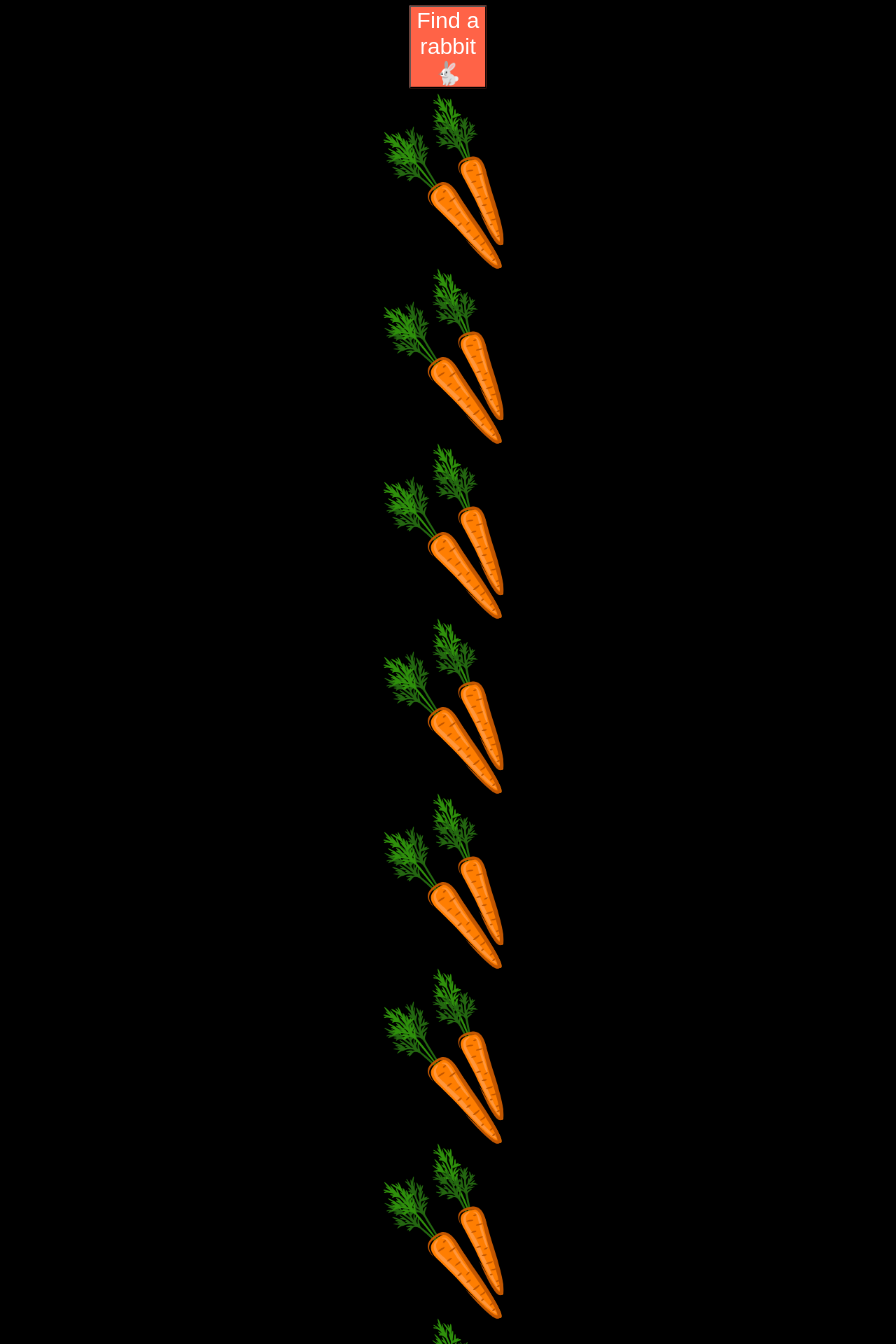
Repository: dhchun1203/browser-practice-works-
Page: rabbits/index.html
An editor plug-in stored every save of this project. The page is shown before and after a run of saves, followed by the edit.
The browser window is 1280 px wide. The pictures show the part of the page from y = 0 to 1920 px (the page is 8891 px tall before and 8915 px after), at 70% of full size.

Above is the page before, as saved 2021-01-04 12:47:04.

### rabbits/index.html
<!DOCTYPE html>
<html lang="en">
	<head>
		<meta charset="UTF-8" />
		<meta name="viewport" content="width=device-width, initial-scale=1.0" />
		<title>Scroll</title>
		<style>
			body {
				background-color: black;
				text-align: center;
			}
			button {
				width: 110px;
				margin-bottom: 8px;
				background-color: tomato;
				font-size: 32px;
				outline: none;
				color: white;
			}
			img {
				margin: auto;
				display: block;
			}
		</style>
	</head>
	<body>
		<button class="findBtn">Find a rabbit 🐇</button>
		<img src="img/carrot.png" alt="carrot" />
		<img src="img/carrot.png" alt="carrot" />
		<img src="img/carrot.png" alt="carrot" />
		<img src="img/carrot.png" alt="carrot" />
		<img src="img/carrot.png" alt="carrot" />
		<img src="img/carrot.png" alt="carrot" />
		<img src="img/carrot.png" alt="carrot" />
		<img src="img/carrot.png" alt="carrot" />
		<img src="img/carrot.png" alt="carrot" />
		<img src="img/carrot.png" alt="carrot" />
		<img src="img/carrot.png" alt="carrot" />
		<img src="img/carrot.png" alt="carrot" />
		<img src="img/carrot.png" alt="carrot" />
		<img src="img/carrot.png" alt="carrot" />
		<img src="img/carrot.png" alt="carrot" />
		<img src="img/carrot.png" alt="carrot" />
		<img src="img/carrot.png" alt="carrot" />
		<img src="img/carrot.png" alt="carrot" />
		<img src="img/carrot.png" alt="carrot" />
		<img src="img/carrot.png" alt="carrot" />
		<img src="img/carrot.png" alt="carrot" />
		<img src="img/carrot.png" alt="carrot" />
		<img id="rabbit" src="img/rabbit.png" alt="rabbit" />
		<img src="img/carrot.png" alt="carrot" />
		<img src="img/carrot.png" alt="carrot" />
		<img src="img/carrot.png" alt="carrot" />
		<img src="img/carrot.png" alt="carrot" />
		<img src="img/carrot.png" alt="carrot" />
		<img src="img/carrot.png" alt="carrot" />
		<img src="img/carrot.png" alt="carrot" />
		<img src="img/carrot.png" alt="carrot" />
		<img src="img/carrot.png" alt="carrot" />
		<img src="img/carrot.png" alt="carrot" />
		<img src="img/carrot.png" alt="carrot" />
		<img src="img/carrot.png" alt="carrot" />
		<script>
			const findBtn = document.querySelector(".findBtn");
			const rabbit = document.querySelector("#rabbit");
			findBtn.addEventListener("click", () => {
				rabbit.scrollIntoView({ behavior: "smooth" });
			});
		</script>
	</body>
</html>

After the next 2 saves:
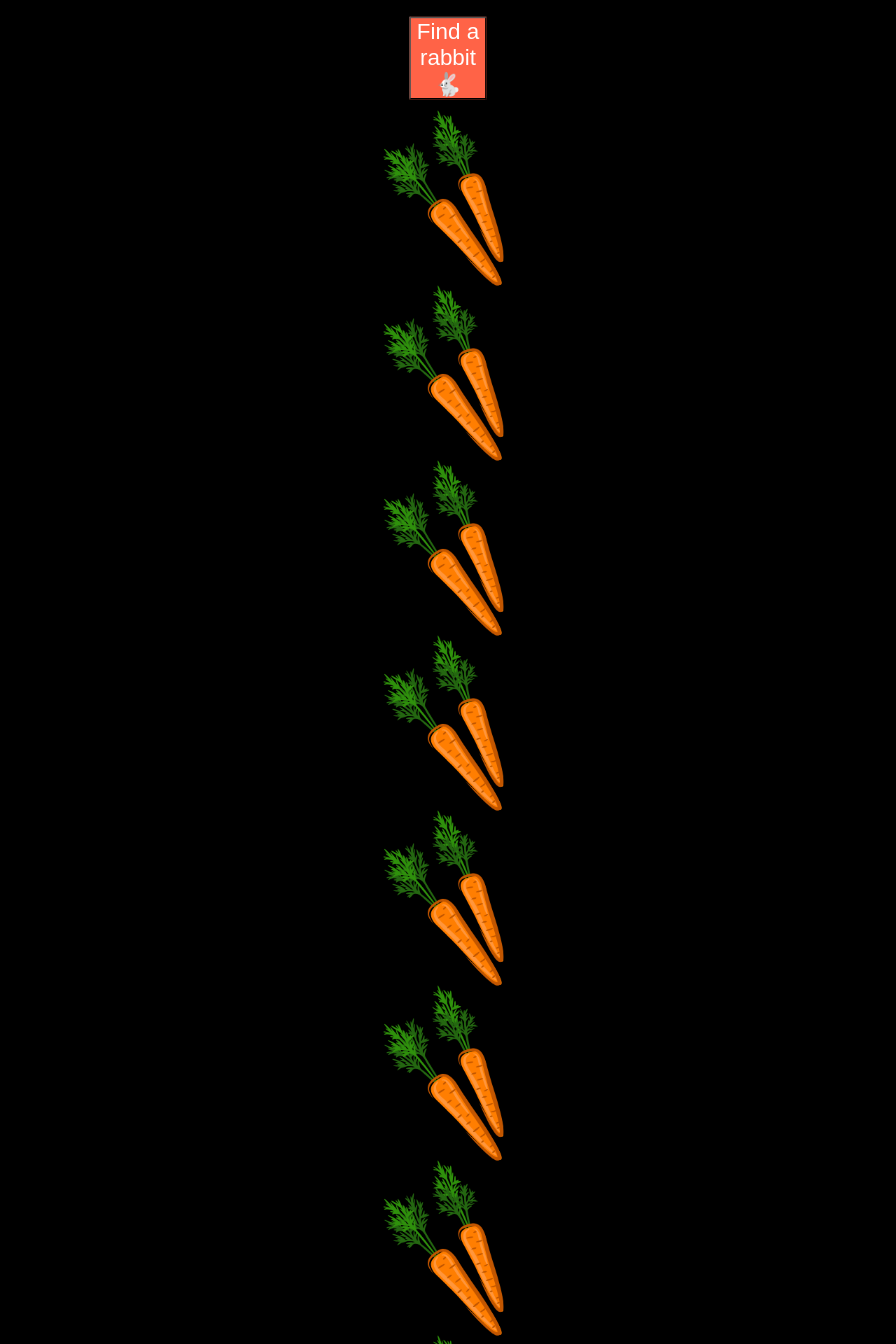
The 2 saves are shown as one change because they came seconds apart.
The last was saved 18 s later.
--- a/rabbits/index.html
+++ b/rabbits/index.html
@@ -11,9 +11,9 @@
 			}
 			button {
 				width: 110px;
-				margin-bottom: 8px;
 				background-color: tomato;
 				font-size: 32px;
+				margin: 16px 0;
 				outline: none;
 				color: white;
 			}
